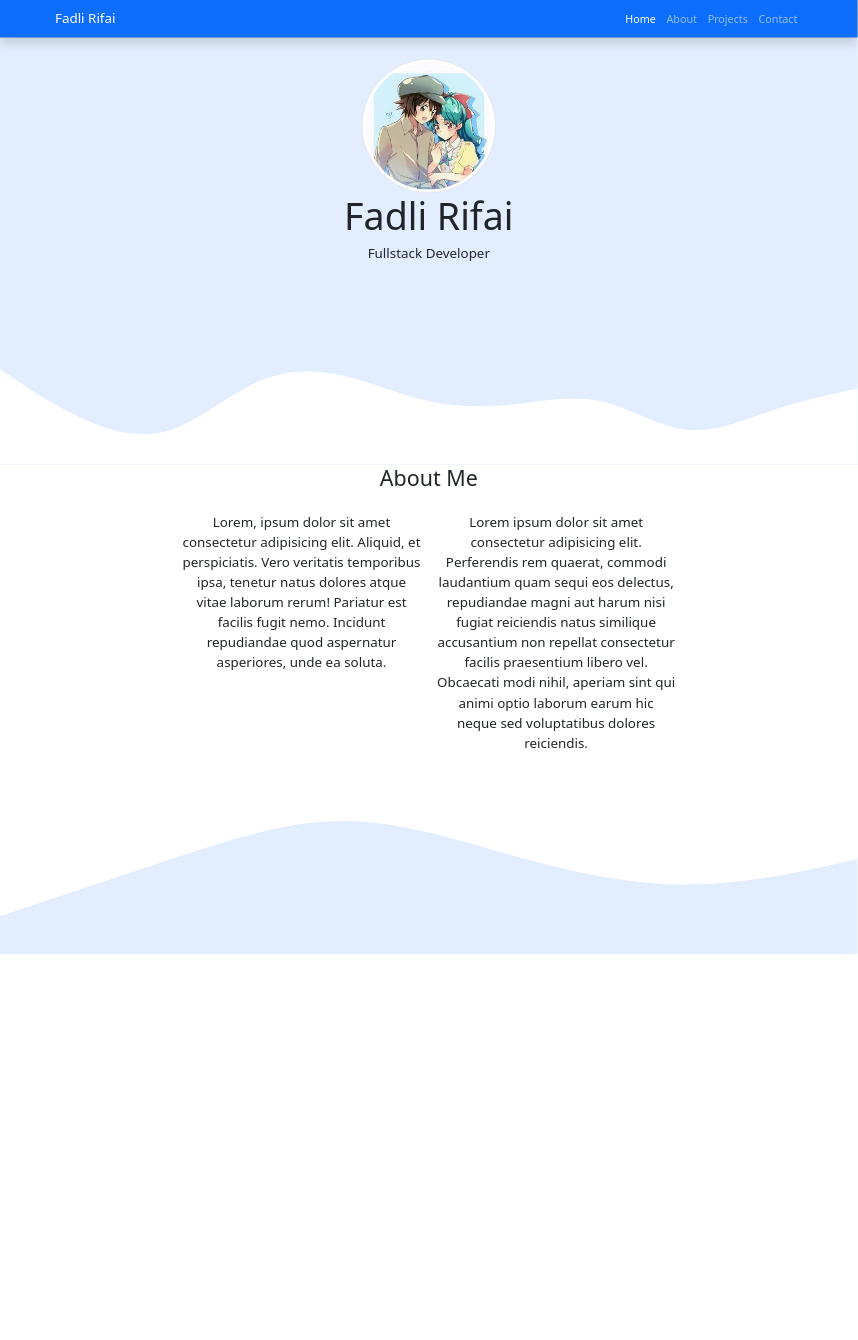
Repository: fadlyyy/fadli-dev.github.io
Page: index.html
These files come from the project's save history. The page is drawn as it stood at one moment and after the next save; the edit follows.
The browser window is 1280 px wide. The pictures show the whole page, at 67% of full size.

Above is the page before, as saved 2024-01-19 10:57:54.

After the next save:
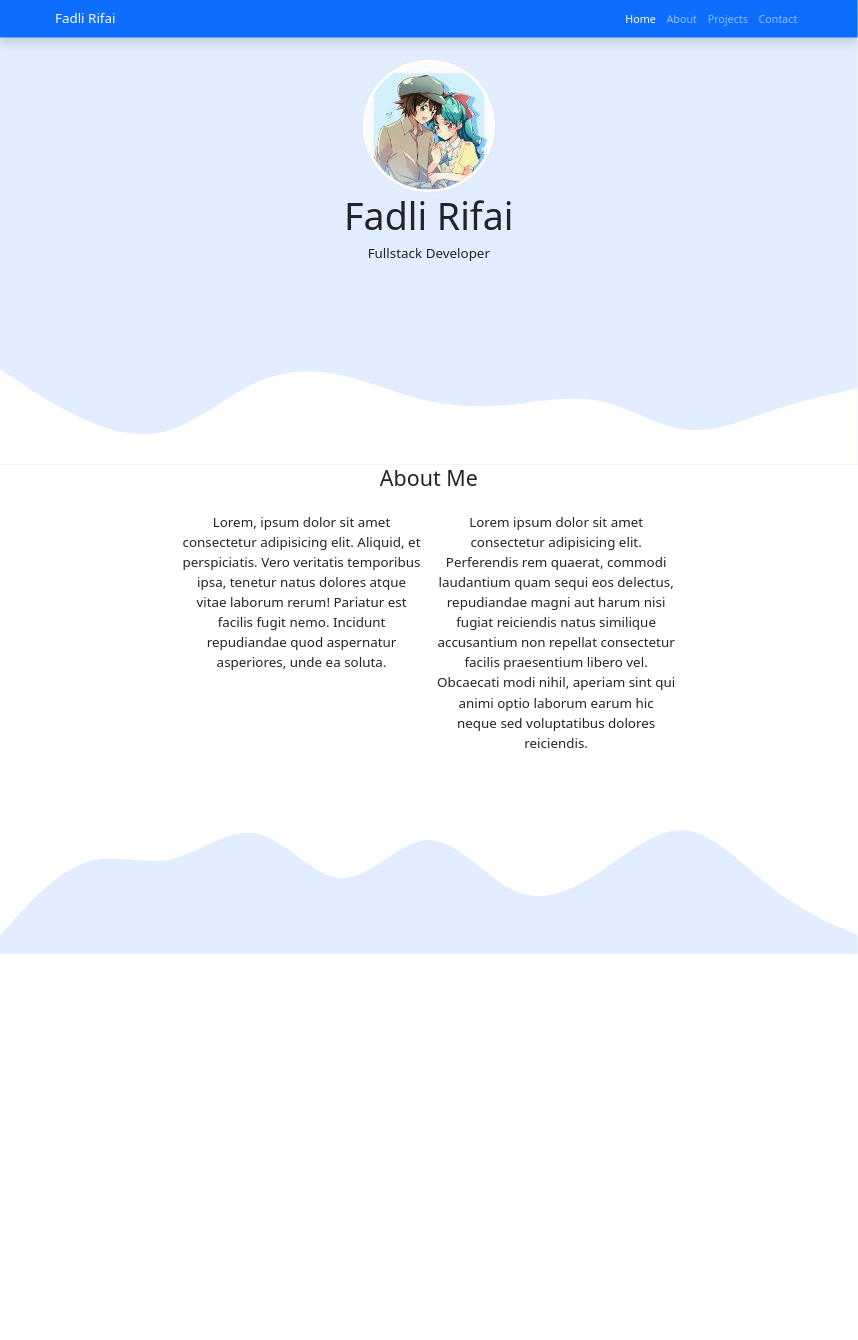
Saved 57 s later.
--- a/index.html
+++ b/index.html
@@ -77,7 +77,7 @@
         <path
           fill="#e2edff"
           fill-opacity="1"
-          d="M0,256L48,240C96,224,192,192,288,160C384,128,480,96,576,96C672,96,768,128,864,154.7C960,181,1056,203,1152,202.7C1248,203,1344,181,1392,170.7L1440,160L1440,320L1392,320C1344,320,1248,320,1152,320C1056,320,960,320,864,320C768,320,672,320,576,320C480,320,384,320,288,320C192,320,96,320,48,320L0,320Z"
+          d="M0,288L24,261.3C48,235,96,181,144,165.3C192,149,240,171,288,160C336,149,384,107,432,117.3C480,128,528,192,576,192C624,192,672,128,720,128C768,128,816,192,864,213.3C912,235,960,213,1008,181.3C1056,149,1104,107,1152,112C1200,117,1248,171,1296,208C1344,245,1392,267,1416,277.3L1440,288L1440,320L1416,320C1392,320,1344,320,1296,320C1248,320,1200,320,1152,320C1104,320,1056,320,1008,320C960,320,912,320,864,320C816,320,768,320,720,320C672,320,624,320,576,320C528,320,480,320,432,320C384,320,336,320,288,320C240,320,192,320,144,320C96,320,48,320,24,320L0,320Z"
         ></path>
       </svg>
     </section>
